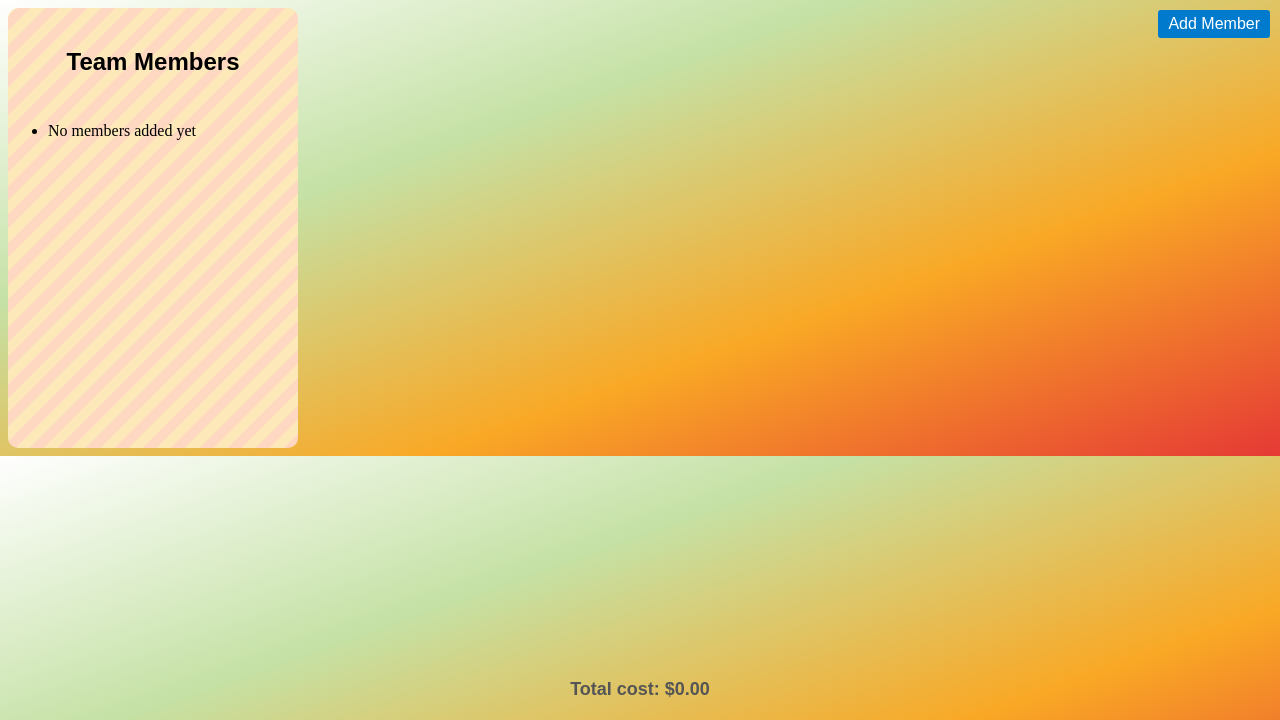
Repository: alexanderneal/meetingApp
Page: meetingApp copia/popup.html
An editor plug-in stored every save of this project. The page is shown before and after the next save, followed by the edit.
The browser window is 1280 px wide. The pictures show the whole page.

Above is the page before, as saved 2023-04-21 11:33:54.

After the next save:
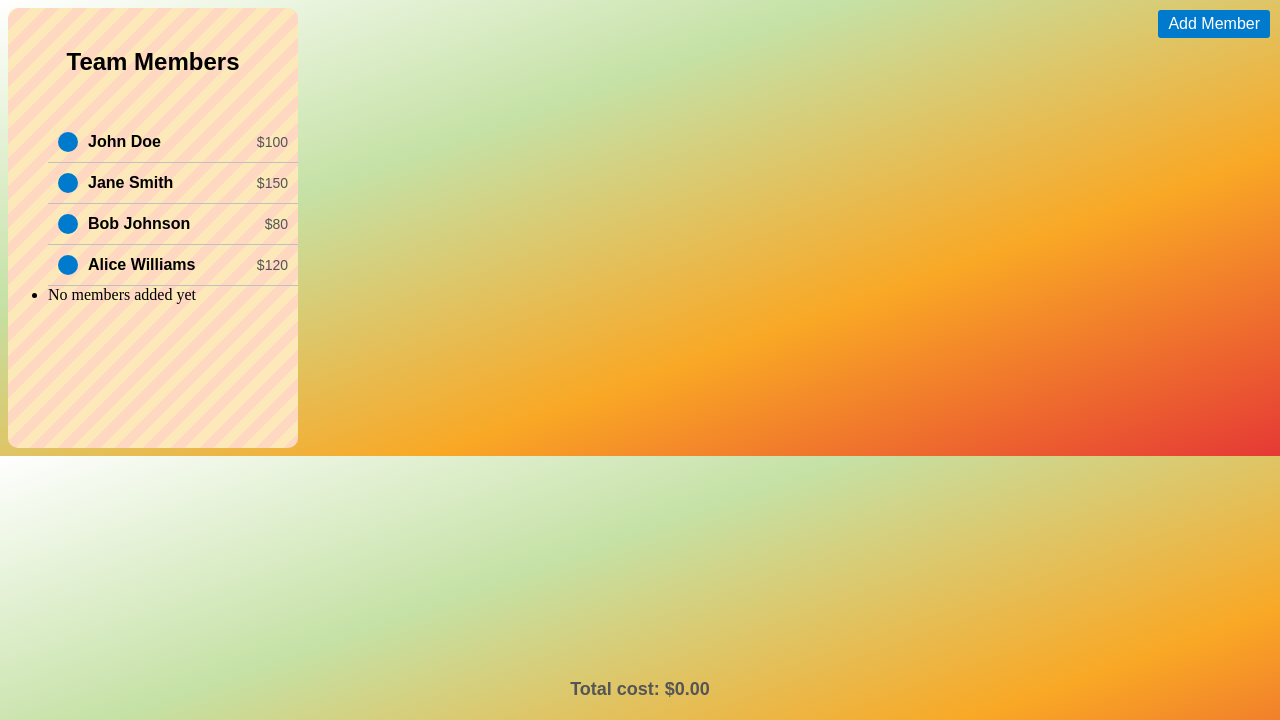
Saved 2 min 18 s later.
--- a/meetingApp copia/popup.html
+++ b/meetingApp copia/popup.html
@@ -11,6 +11,26 @@
       <button id="add-member-btn">Add Member</button>
       <h1 id="title">Team Members</h1>
       <ul id="members-list">
+        <li class="member">
+          <div class="member-icon"></div>
+          <div class="member-name">John Doe</div>
+          <div class="member-cost">$100</div>
+        </li>
+        <li class="member">
+          <div class="member-icon"></div>
+          <div class="member-name">Jane Smith</div>
+          <div class="member-cost">$150</div>
+        </li>
+        <li class="member">
+          <div class="member-icon"></div>
+          <div class="member-name">Bob Johnson</div>
+          <div class="member-cost">$80</div>
+        </li>
+        <li class="member">
+          <div class="member-icon"></div>
+          <div class="member-name">Alice Williams</div>
+          <div class="member-cost">$120</div>
+        </li>
         <li class="member-empty">No members added yet</li>
       </ul>
       <div id="total-cost">Total cost: $0.00</div>
